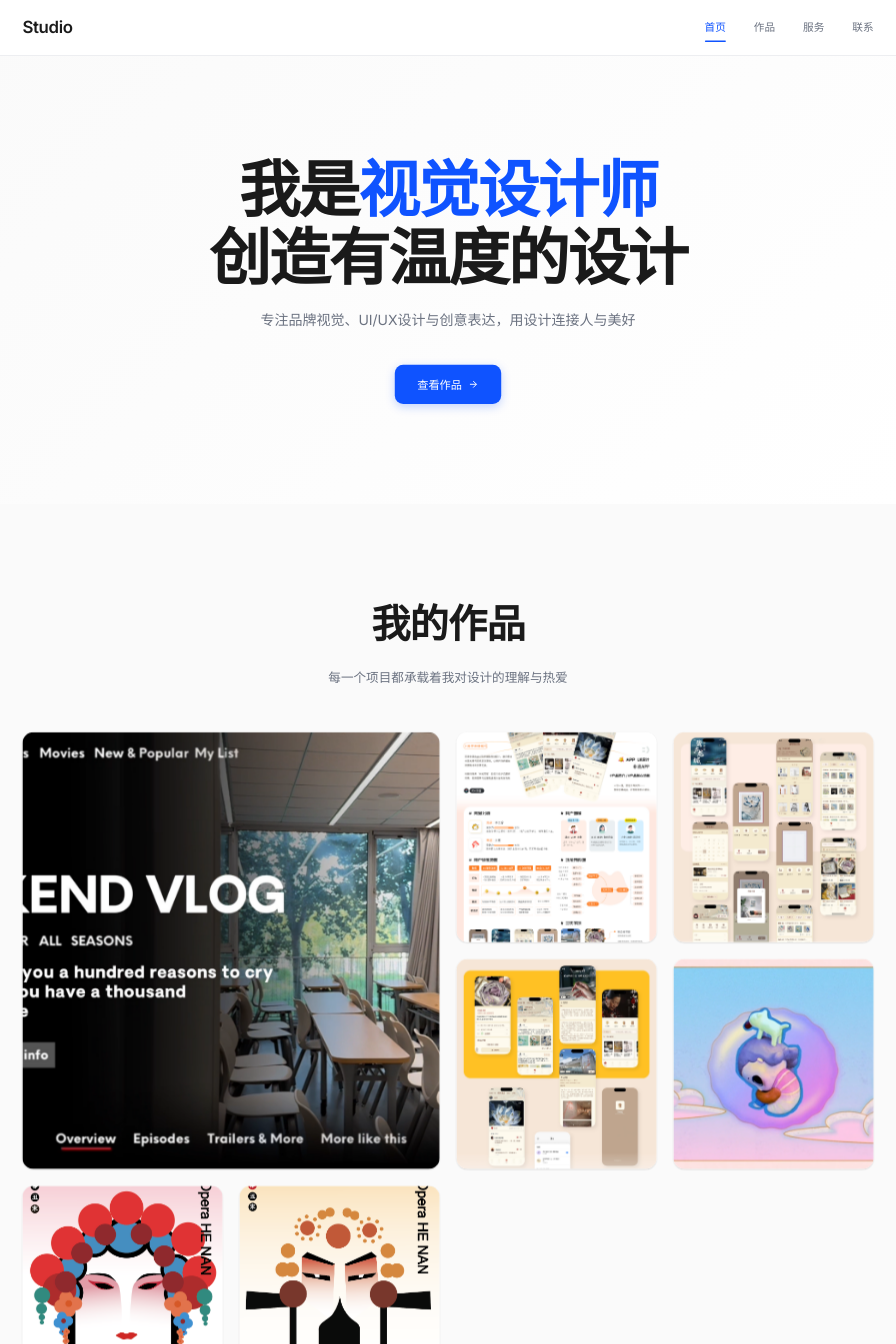
Repository: Nanzhexi/zhexi.github.io
Page: index.html
The author's editor kept a copy of each file at every save. The page is drawn from the files as they stood at one save, then again after the next save.
The browser window is 1280 px wide. The pictures show the part of the page from y = 0 to 1920 px (the page is 4558 px tall), at 70% of full size.

Above is the page before, as saved 2025-07-03 03:49:09.

### index.html
<!DOCTYPE html>
<html lang="zh-CN">
<head>
    <meta charset="UTF-8">
    <meta name="viewport" content="width=device-width, initial-scale=1.0">
    <title>个人设计师作品集</title>
    <link rel="stylesheet" href="./css/index.css">
    <link rel="preconnect" href="https://fonts.googleapis.com">
    <link rel="preconnect" href="https://fonts.gstatic.com" crossorigin>
    <link href="https://fonts.googleapis.com/css2?family=Inter:wght@300;400;500;600;700&display=swap" rel="stylesheet">
</head>

<body>
    <nav class="navbar">
        <div class="nav-brand">Studio</div>
        <div class="nav-links">
            <a href="#hero" class="nav-link active">首页</a>
            <a href="#portfolio" class="nav-link">作品</a>
            <a href="#services" class="nav-link">服务</a>
            <a href="#contact" class="nav-link">联系</a>
        </div>
    </nav>

    <main id="hero" class="hero">
        <div class="hero-content">
            <h1 class="hero-title">
                我是<span class="highlight">视觉设计师</span><br>
                创造有温度的设计
            </h1>
            <p class="hero-subtitle">
                专注品牌视觉、UI/UX设计与创意表达，用设计连接人与美好
            </p>
            <button class="cta-button" onclick="document.getElementById('portfolio').scrollIntoView({behavior: 'smooth'})">
                查看作品
                <svg width="16" height="16" viewBox="0 0 24 24" fill="none" stroke="currentColor" stroke-width="2">
                    <path d="M5 12h14M12 5l7 7-7 7"/>
                </svg>
            </button>
        </div>
    </main>

    <section id="portfolio" class="portfolio">
        <div class="portfolio-content">
            <h2 class="portfolio-title">我的作品</h2>
            <p class="portfolio-subtitle">每一个项目都承载着我对设计的理解与热爱</p>

            <div class="portfolio-grid">
                <div class="portfolio-item large">
                    <img src="./images/1.png" alt="设计作品1" loading="lazy">
                    <div class="portfolio-overlay">
                        <div class="portfolio-info">
                            <h3>品牌视觉设计</h3>
                            <p>创意海报设计</p>
                        </div>
                    </div>
                </div>

                <div class="portfolio-item">
                    <img src="./images/2.jpg" alt="设计作品2" loading="lazy">
                    <div class="portfolio-overlay">
                        <div class="portfolio-info">
                            <h3>产品包装</h3>
                            <p>时尚配饰设计</p>
                        </div>
                    </div>
                </div>

                <div class="portfolio-item">
                    <img src="./images/3.jpg" alt="设计作品3" loading="lazy">
                    <div class="portfolio-overlay">
                        <div class="portfolio-info">
                            <h3>陶瓷艺术</h3>
                            <p>传统工艺现代化</p>
                        </div>
                    </div>
                </div>

                <div class="portfolio-item">
                    <img src="./images/4.jpg" alt="设计作品4" loading="lazy">
                    <div class="portfolio-overlay">
                        <div class="portfolio-info">
                            <h3>品牌形象</h3>
                            <p>可爱IP设计</p>
                        </div>
                    </div>
                </div>

                <div class="portfolio-item">
                    <img src="./images/6.png" alt="设计作品5" loading="lazy">
                    <div class="portfolio-overlay">
                        <div class="portfolio-info">
                            <h3>空间设计</h3>
                            <p>商业空间规划</p>
                        </div>
                    </div>
                </div>

                <div class="portfolio-item">
                    <img src="./images/7.png" alt="设计作品6" loading="lazy">
                    <div class="portfolio-overlay">
                        <div class="portfolio-info">
                            <h3>餐饮品牌</h3>
                            <p>传统文化融合</p>
                        </div>
                    </div>
                </div>

                <div class="portfolio-item">
                    <img src="./images/8.png" alt="设计作品7" loading="lazy">
                    <div class="portfolio-overlay">
                        <div class="portfolio-info">
                            <h3>数字艺术</h3>
                            <p>创新视觉表达</p>
                        </div>
                    </div>
                </div>
            </div>

            <button class="portfolio-button">
                查看更多作品
                <svg width="16" height="16" viewBox="0 0 24 24" fill="none" stroke="currentColor" stroke-width="2">
                    <path d="M5 12h14M12 5l7 7-7 7"/>
                </svg>
            </button>
        </div>
    </section>

    <!-- Services Section -->
    <section id="services" class="services">
        <div class="services-content">
            <div class="services-header">
                <h2 class="services-title">设计能力 <span class="highlight">全面覆盖</span></h2>
                <p class="services-subtitle">从概念到落地，我能为您提供完整的设计解决方案</p>
            </div>

            <div class="services-grid">
                <div class="service-card">
                    <div class="service-icon">
                        <svg width="48" height="48" viewBox="0 0 24 24" fill="none" stroke="currentColor" stroke-width="1.5">
                            <path d="M12 2l3.09 6.26L22 9.27l-5 4.87 1.18 6.88L12 17.77l-6.18 3.25L7 14.14 2 9.27l6.91-1.01L12 2z"/>
                        </svg>
                    </div>
                    <h3 class="service-title">品牌设计</h3>
                    <p class="service-description">从LOGO到VI系统，为品牌注入独特的视觉DNA，让每个细节都传达品牌价值</p>
                </div>

                <div class="service-card">
                    <div class="service-icon">
                        <svg width="48" height="48" viewBox="0 0 24 24" fill="none" stroke="currentColor" stroke-width="1.5">
                            <rect x="2" y="3" width="20" height="14" rx="2" ry="2"/>
                            <line x1="8" y1="21" x2="16" y2="21"/>
                            <line x1="12" y1="17" x2="12" y2="21"/>
                        </svg>
                    </div>
                    <h3 class="service-title">UI/UX设计</h3>
                    <p class="service-description">专注用户体验，创造直观易用的界面设计，让每次交互都成为愉悦的体验</p>
                </div>

                <div class="service-card">
                    <div class="service-icon">
                        <svg width="48" height="48" viewBox="0 0 24 24" fill="none" stroke="currentColor" stroke-width="1.5">
                            <rect x="3" y="3" width="18" height="18" rx="2" ry="2"/>
                            <circle cx="9" cy="9" r="2"/>
                            <path d="M21 15l-3.086-3.086a2 2 0 0 0-2.828 0L6 21"/>
                        </svg>
                    </div>
                    <h3 class="service-title">视觉设计</h3>
                    <p class="service-description">海报、包装、插画等多元化视觉创作，用设计语言讲述动人的故事</p>
                </div>

                <div class="service-card">
                    <div class="service-icon">
                        <svg width="48" height="48" viewBox="0 0 24 24" fill="none" stroke="currentColor" stroke-width="1.5">
                            <path d="M21 16V8a2 2 0 0 0-1-1.73l-7-4a2 2 0 0 0-2 0l-7 4A2 2 0 0 0 3 8v8a2 2 0 0 0 1 1.73l7 4a2 2 0 0 0 2 0l7-4A2 2 0 0 0 21 16z"/>
                            <polyline points="3.27,6.96 12,12.01 20.73,6.96"/>
                            <line x1="12" y1="22.08" x2="12" y2="12"/>
                        </svg>
                    </div>
                    <h3 class="service-title">创意策划</h3>
                    <p class="service-description">从概念构思到创意执行，提供完整的设计思路和解决方案</p>
                </div>
            </div>
        </div>
    </section>

    <!-- Contact Section -->
    <section id="contact" class="contact">
        <div class="contact-content">
            <div class="contact-text">
                <h2 class="contact-title">让我们一起创造<span class="highlight">精彩</span></h2>
                <p class="contact-subtitle">有设计需求？我很乐意与您探讨如何将创意变为现实</p>

                <div class="contact-info">
                    <div class="contact-item">
                        <svg width="20" height="20" viewBox="0 0 24 24" fill="none" stroke="currentColor" stroke-width="2">
                            <path d="M4 4h16c1.1 0 2 .9 2 2v12c0 1.1-.9 2-2 2H4c-1.1 0-2-.9-2-2V6c0-1.1.9-2 2-2z"/>
                            <polyline points="22,6 12,13 2,6"/>
                        </svg>
                        <span>hello@mydesign.com</span>
                    </div>

                    <div class="contact-item">
                        <svg width="20" height="20" viewBox="0 0 24 24" fill="none" stroke="currentColor" stroke-width="2">
                            <path d="M22 16.92v3a2 2 0 0 1-2.18 2 19.79 19.79 0 0 1-8.63-3.07 19.5 19.5 0 0 1-6-6 19.79 19.79 0 0 1-3.07-8.67A2 2 0 0 1 4.11 2h3a2 2 0 0 1 2 1.72 12.84 12.84 0 0 0 .7 2.81 2 2 0 0 1-.45 2.11L8.09 9.91a16 16 0 0 0 6 6l1.27-1.27a2 2 0 0 1 2.11-.45 12.84 12.84 0 0 0 2.81.7A2 2 0 0 1 22 16.92z"/>
                        </svg>
                        <span>+86 138 0013 8000</span>
                    </div>

                    <div class="contact-item">
                        <svg width="20" height="20" viewBox="0 0 24 24" fill="none" stroke="currentColor" stroke-width="2">
                            <path d="M21 10c0 7-9 13-9 13s-9-6-9-13a9 9 0 0 1 18 0z"/>
                            <circle cx="12" cy="10" r="3"/>
                        </svg>
                        <span>北京市朝阳区设计园区</span>
                    </div>
                </div>
            </div>

            <div class="contact-form">
                <form>
                    <div class="form-group">
                        <input type="text" placeholder="您的姓名" required>
                    </div>
                    <div class="form-group">
                        <input type="email" placeholder="邮箱地址" required>
                    </div>
                    <div class="form-group">
                        <input type="text" placeholder="项目类型">
                    </div>
                    <div class="form-group">
                        <textarea placeholder="项目描述" rows="4" required></textarea>
                    </div>
                    <button type="submit" class="submit-button">
                        发送消息
                        <svg width="16" height="16" viewBox="0 0 24 24" fill="none" stroke="currentColor" stroke-width="2">
                            <line x1="22" y1="2" x2="11" y2="13"/>
                            <polygon points="22,2 15,22 11,13 2,9 22,2"/>
                        </svg>
                    </button>
                </form>
            </div>
        </div>
    </section>

    <!-- Footer -->
    <footer class="footer">
        <div class="footer-content">
            <div class="footer-left">
                <div class="footer-brand">Studio</div>
                <p>用心设计，用爱创造，让每个作品都有温度</p>
            </div>

            <div class="footer-links">
                <div class="footer-column">
                    <h4>服务</h4>
                    <a href="#">品牌设计</a>
                    <a href="#">产品设计</a>
                    <a href="#">空间设计</a>
                    <a href="#">数字艺术</a>
                </div>

                <div class="footer-column">
                    <h4>关于</h4>
                    <a href="#">设计理念</a>
                    <a href="#">团队介绍</a>
                    <a href="#">合作伙伴</a>
                    <a href="#">新闻动态</a>
                </div>

                <div class="footer-column">
                    <h4>联系</h4>
                    <a href="#">联系方式</a>
                    <a href="#">项目咨询</a>
                    <a href="#">加入我们</a>
                    <a href="#">意见反馈</a>
                </div>
            </div>
        </div>

        <div class="footer-bottom">
            <p>&copy; 2024 个人设计师作品集. 保留所有权利</p>
            <div class="social-links">
                <a href="#" aria-label="微信">
                    <svg width="20" height="20" viewBox="0 0 24 24" fill="currentColor">
                        <path d="M8.5 12.5c0 .8-.7 1.5-1.5 1.5s-1.5-.7-1.5-1.5.7-1.5 1.5-1.5 1.5.7 1.5 1.5zm7-1.5c-.8 0-1.5.7-1.5 1.5s.7 1.5 1.5 1.5 1.5-.7 1.5-1.5-.7-1.5-1.5-1.5z"/>
                    </svg>
                </a>
                <a href="#" aria-label="微博">
                    <svg width="20" height="20" viewBox="0 0 24 24" fill="currentColor">
                        <path d="M12 2C6.48 2 2 6.48 2 12s4.48 10 10 10 10-4.48 10-10S17.52 2 12 2z"/>
                    </svg>
                </a>
                <a href="#" aria-label="邮箱">
                    <svg width="20" height="20" viewBox="0 0 24 24" fill="currentColor">
                        <path d="M20 4H4c-1.1 0-1.99.9-1.99 2L2 18c0 1.1.9 2 2 2h16c1.1 0 2-.9 2-2V6c0-1.1-.9-2-2-2zm0 4l-8 5-8-5V6l8 5 8-5v2z"/>
                    </svg>
                </a>
            </div>
        </div>
    </footer>

    <script>
        // 平滑滚动导航
        document.querySelectorAll('a[href^="#"]').forEach(anchor => {
            anchor.addEventListener('click', function (e) {
                e.preventDefault();
                const target = document.querySelector(this.getAttribute('href'));
                if (target) {
                    target.scrollIntoView({
                        behavior: 'smooth',
                        block: 'start'
                    });
                }
            });
        });

        // 导航栏滚动效果和活动状态
        window.addEventListener('scroll', () => {
            const navbar = document.querySelector('.navbar');
            const sections = document.querySelectorAll('section, main');
            const navLinks = document.querySelectorAll('.nav-link');

            // 导航栏背景效果
            if (window.scrollY > 50) {
                navbar.classList.add('scrolled');
            } else {
                navbar.classList.remove('scrolled');
            }

            // 活动状态
            let current = '';
            sections.forEach(section => {
                const sectionTop = section.offsetTop;
                const sectionHeight = section.clientHeight;
                if (scrollY >= (sectionTop - 200)) {
                    current = section.getAttribute('id');
                }
            });

            navLinks.forEach(link => {
                link.classList.remove('active');
                if (link.getAttribute('href') === `#${current}`) {
                    link.classList.add('active');
                }
            });
        });

        // 表单提交处理
        document.querySelector('form').addEventListener('submit', function(e) {
            e.preventDefault();

            // 获取表单数据
            const formData = new FormData(this);
            const name = this.querySelector('input[type="text"]').value;
            const email = this.querySelector('input[type="email"]').value;
            const project = this.querySelector('input[type="text"]:nth-of-type(2)').value;
            const message = this.querySelector('textarea').value;

            // 简单验证
            if (!name || !email || !message) {
                alert('请填写必填字段');
                return;
            }

            // 模拟发送成功
            alert('消息发送成功！我们会尽快回复您。');
            this.reset();
        });
    </script>
</body>
</html>

Loaded but not shown: css/index.css (1106 lines, source omitted)

After the next save:
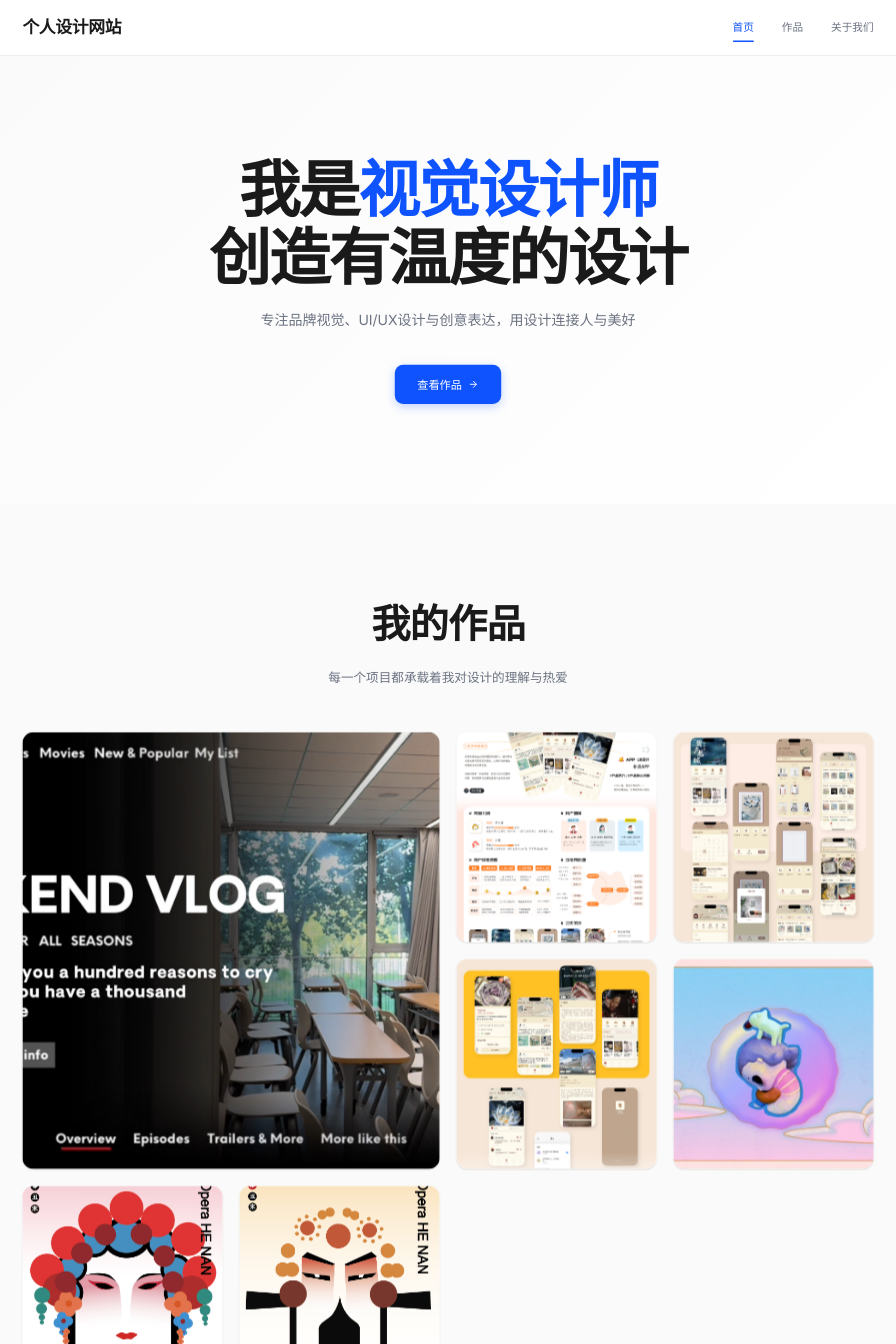
Saved 4 min 21 s later.
--- a/index.html
+++ b/index.html
@@ -12,12 +12,11 @@
 
 <body>
     <nav class="navbar">
-        <div class="nav-brand">Studio</div>
+        <div class="nav-brand">个人设计网站</div>
         <div class="nav-links">
             <a href="#hero" class="nav-link active">首页</a>
             <a href="#portfolio" class="nav-link">作品</a>
-            <a href="#services" class="nav-link">服务</a>
-            <a href="#contact" class="nav-link">联系</a>
+            <a href="#services" class="nav-link">关于我们</a>
         </div>
     </nav>
 
